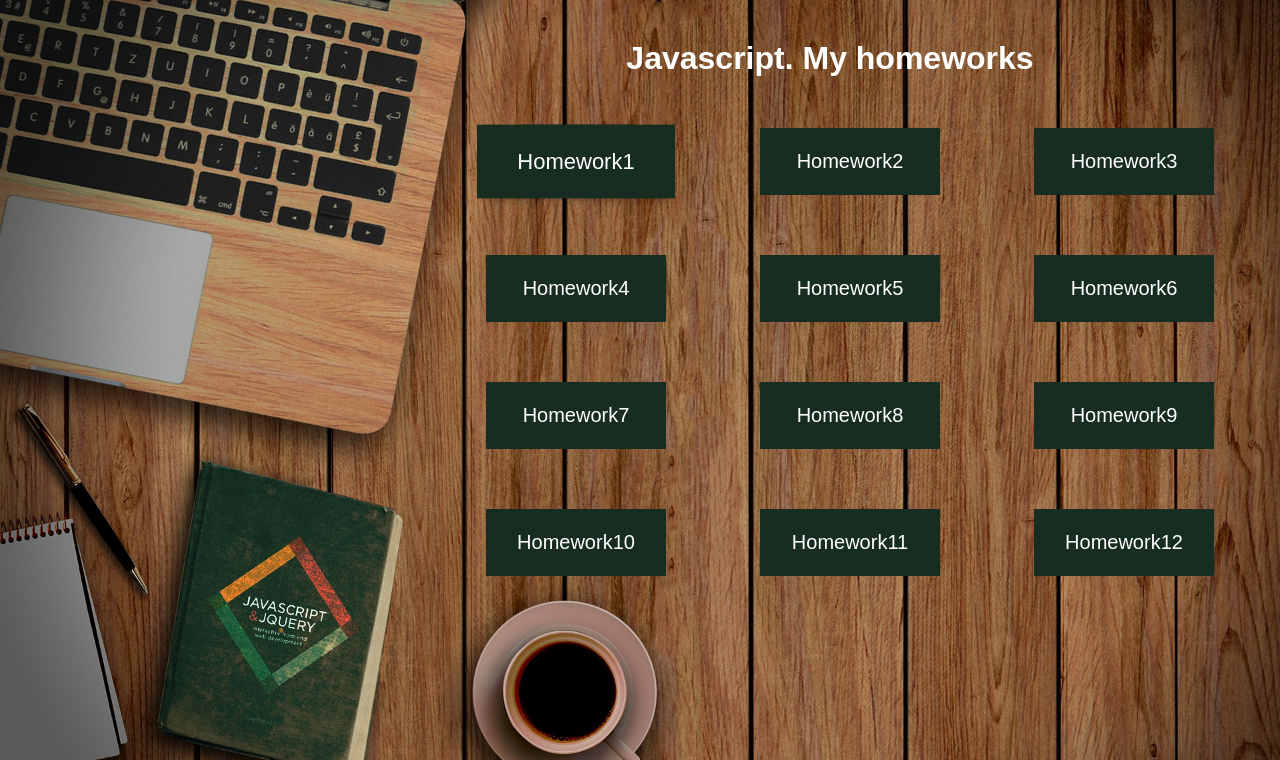
Repository: mariiastetsko/cursor-js-hw
Page: index.html
An editor plug-in stored every save of this project. The page is shown before and after the next save, followed by the edit.
The browser window is 1280 px wide. The pictures show the whole page.
The pointer rests on the first visible `li`.

Above is the page before, as saved 2020-07-22 20:47:24.

### index.html
<!DOCTYPE html>
<html lang="en">
  <head>
    <meta charset="UTF-8" />
    <meta name="viewport" content="width=device-width, initial-scale=1.0" />
    <title>Cursor.JS.Homeworks</title>
    <link rel="stylesheet" href="./style.css" />
  </head>
  <body>
    <div class="homeworks">
    <h1>Javascript. My homeworks</h1>
    <ul class="list">
      <li>
        <a href="./HW1/index.html">Homework1</a>
      </li>
      <li><a href="./HW2/index.html">Homework2 </a></li>
      <li><a href="./HW3/index.html">Homework3</a></li>
      <li><a href="./HW4/index.html">Homework4</a></li>
      <li><a href="./HW5/index.html">Homework5</a></li>
      <li><a href="./HW6/index.html">Homework6</a></li>
      <li><a href="./HW7/index.html">Homework7</a></li>
      <li><a href="./HW8/index.html">Homework8</a></li>
      <li><a href="./HW9/index.html">Homework9</a></li>
      <li><a href="./HW10/index.html">Homework10</a></li>
      <li><a href="./HW11/index.html">Homework11</a></li>
      <li><a href="./HW12/index.html">Homework12</a></li>
    </ul>
  </div>
  </body>
</html>

### style.css
* {
    box-sizing: border-box;
    font-family: Arial, Helvetica, sans-serif;
}

body {
    margin: 0 auto;
    padding: 0;
    min-height: 100vh;
    background-image: url('./background.jpg');
    background-repeat: no-repeat;
    background-size: cover;
}


ul {
    list-style: none;
}

.list {
    display: flex;
    justify-content: space-evenly;
    flex-wrap: wrap;
}

li, a {
    text-decoration: none;
    width: 180px;
    padding: 22px 0;
    margin: 30px 28px;
    color: #FFF;
    font-size: 20px;
    background: #172D21;
    box-shadow: 3px 60px 58px -29px rgba(0,0,0,0.73);
    transform: perspective(1px) translateZ(0);
    box-shadow: 0 0 1px rgba(0, 0, 0, 0);
    transition-duration: 0.3s;
    transition-property: box-shadow, transform;
}

  li:hover, li:focus, li:active {
    box-shadow: 0 10px 10px -10px rgba(0, 0, 0, 0.5);
    transform: scale(1.1);
    background: C46F2C;
  }

.homeworks {
    width: 900px;
    text-align: center;
    margin-left: auto;
    margin-top: 40px;
    color: #FFF;
}

After the next save:
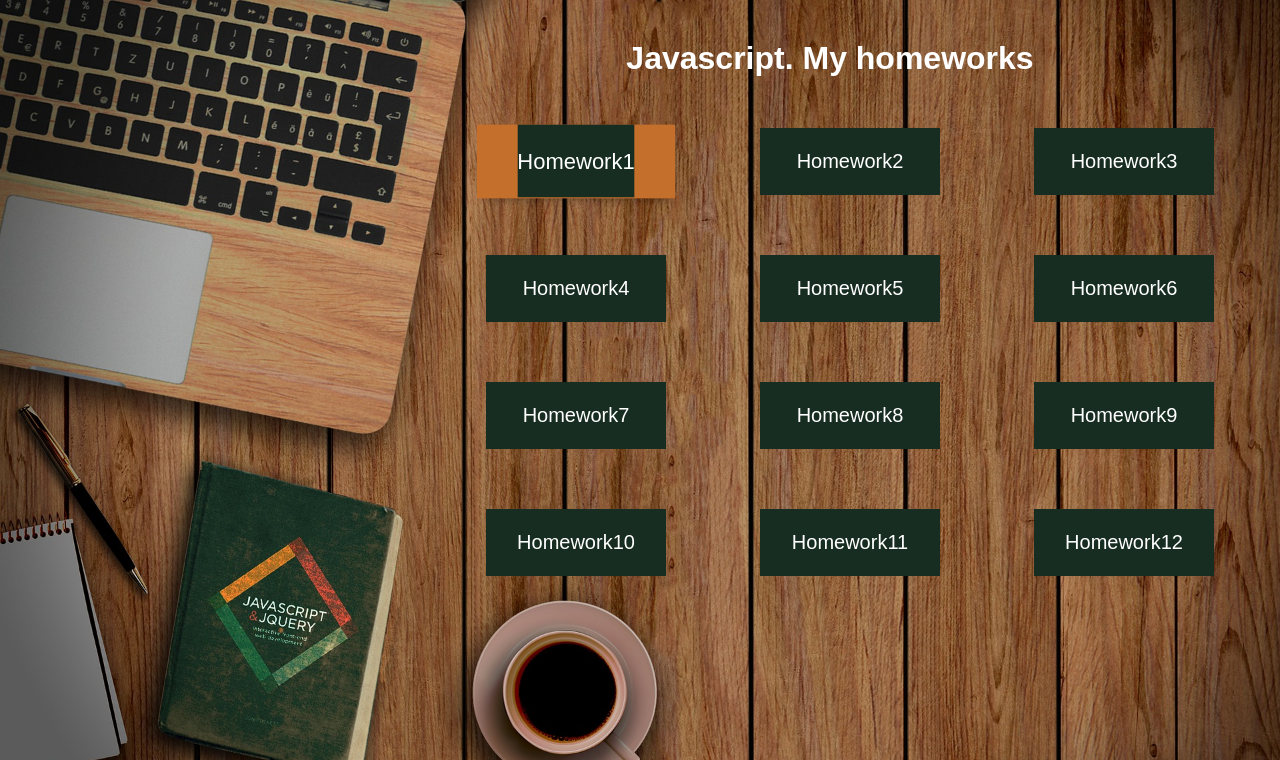
Saved 4 s later.
--- a/style.css
+++ b/style.css
@@ -41,7 +41,7 @@ li, a {
   li:hover, li:focus, li:active {
     box-shadow: 0 10px 10px -10px rgba(0, 0, 0, 0.5);
     transform: scale(1.1);
-    background: C46F2C;
+    background: #C46F2C;
   }
 
 .homeworks {
